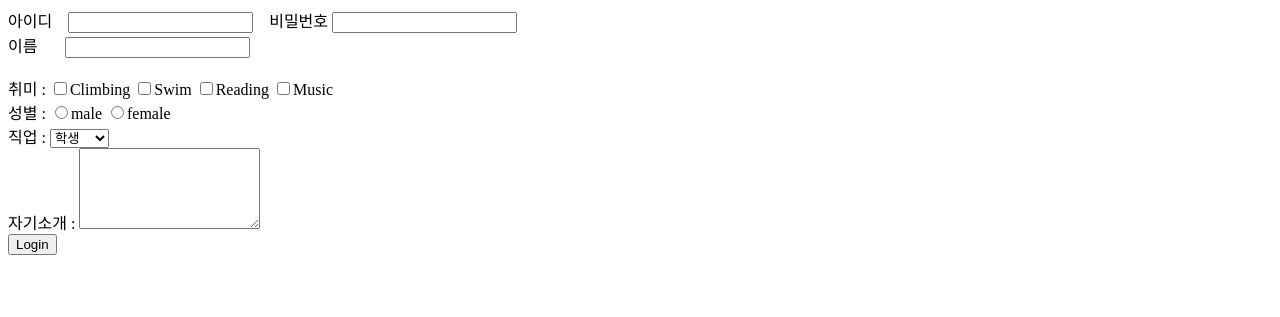
Repository: alsals126/servlet_study_2021
Page: http://localhost/ServletPrj/login_form.jsp
These files come from the project's save history. The page is drawn as it stood at one moment and after the next save; the edit follows.
The browser window is 1280 px wide. The pictures show the whole page.
The page is served by Tomcat 9. Other server files are loaded and not shown.

Above is the page before, as saved 2021-05-11 00:59:22.

### ServletPrj/WebContent/login_form.jsp
<%@ page language="java" contentType="text/html; charset=EUC-KR"
    pageEncoding="EUC-KR"%>
<!DOCTYPE html>
<html>
<head>
<meta charset="EUC-KR">
<title>Insert title here</title>
</head>
<body>
	<form method="post" action="login">
		아이디  &nbsp;&nbsp;&nbsp;<input type="text" name="id"/> &nbsp;&nbsp;
		비밀번호 <input type="password" name="pw"/><br>
		이름  &nbsp;&nbsp;&nbsp;&nbsp;&nbsp;&nbsp;<input type="text" name="name"/><br><br>
		취미 : <input type="checkbox" name="hobby" value="climbing">Climbing
		      <input type="checkbox" name="hobby" value="swim">Swim
		      <input type="checkbox" name="hobby" value="reading">Reading
		      <input type="checkbox" name="hobby" value="music">Music
		      <br>
		성별 : <input type="radio" name="gender" value="male">male
		      <input type="radio" name="gender" value="female">female
		      <br>
		직업 : <select name="job">
    			<option value="학생">학생</option>
    			<option value="공무원">공무원</option>
    			<option value="무직">무직</option>
			  </select><br>
		자기소개 : <textarea rows="5" name="aboutMe"></textarea><br>
		<button type="submit">Login</button>
	</form>
</body>
</html>

After the next save:
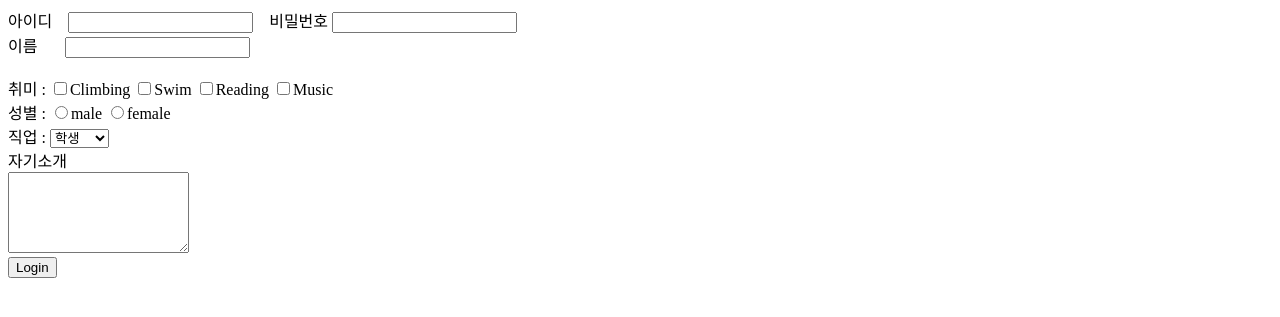
Saved 17 s later.
--- a/ServletPrj/WebContent/login_form.jsp
+++ b/ServletPrj/WebContent/login_form.jsp
@@ -24,7 +24,7 @@
     			<option value="공무원">공무원</option>
     			<option value="무직">무직</option>
 			  </select><br>
-		자기소개 : <textarea rows="5" name="aboutMe"></textarea><br>
+		자기소개 <br> <textarea rows="5" name="aboutMe"></textarea><br>
 		<button type="submit">Login</button>
 	</form>
 </body>
